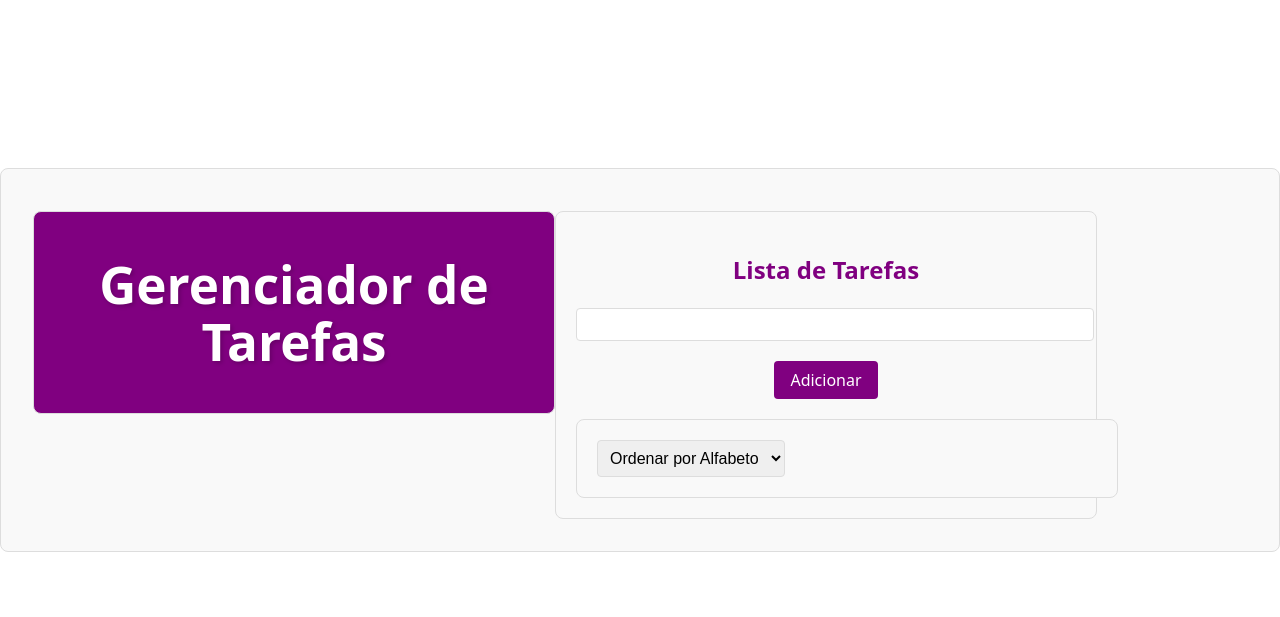
Repository: matheusarrabal12/todo
Page: /
These files come from the project's save history. The page is drawn as it stood at one moment and after the next save; the edit follows.
The browser window is 1280 px wide. The pictures show the whole page.
The project was rebuilt for these pictures with package versions that can differ from the ones it lists, and the page was loaded fresh each time. Also part of the build but not shown: vite.config.js.

Above is the page before, as saved 2025-04-03 15:29:56.

### src/App.jsx
import ListaTarefas from './components/ListaTarefas';

import './App.css';

function App() {
  return(
    < >
    <div class= "divcabeçalho">
    <h1>Gerenciador de Tarefas</h1>
    </div>
    <ListaTarefas />

    </>
  ) ;
}

export default App;

### src/components/ListaTarefas.jsx
import { useState, useEffect } from "react";
import './ListaTarefas.css';

function ListaTarefas() {
  const [tarefas, setTarefa] = useState([]);
  const [novaTarefa, setNovaTarefa] = useState("");
  const [ordenacao, setOrdenacao] = useState("alfabetica");

  useEffect(() => {
    // Serve para recuperar as informações apos atualizar a pagina
    const tarefasSalvas = JSON.parse(localStorage.getItem("tarefas"));
    if (tarefasSalvas) {
      setTarefa(tarefasSalvas);
    }
  }, []);

  useEffect(() => {
    // Salva as tarefas no localStorage sempre que a lista mudar
    localStorage.setItem("tarefas", JSON.stringify(tarefas));
  }, [tarefas]);

  const adicionarTarefa = () => {
    if (novaTarefa.trim() !== "") {
      const novaTarefaObj = { texto: novaTarefa, concluida: false, dataAdicao: new Date() };
      setTarefa([...tarefas, novaTarefaObj]);
      setNovaTarefa("");
    }
  };

  const removerTarefa = (indice) => {
    setTarefa(tarefas.filter((_, i) => i !== indice));
  };

  const marcarTarefaConcluida = (indice) => {
    const novasTarefas = [...tarefas];
    novasTarefas[indice].concluida = !novasTarefas[indice].concluida;
    setTarefa(novasTarefas);
  };

  const ordenarTarefas = (criterio) => {
    let tarefasOrdenadas = [...tarefas];
    if (criterio === "alfabetica") {
      tarefasOrdenadas.sort((a, b) => a.texto.localeCompare(b.texto));
    }
    setTarefa(tarefasOrdenadas);
    setOrdenacao(criterio);
  };

  return (
    <div class = "">
      <h2>Lista de Tarefas</h2>
      <input
        type="text"
        value={novaTarefa}
        onChange={(e) => setNovaTarefa(e.target.value)}
      />
      <button onClick={adicionarTarefa}>Adicionar</button>

      <div id="ordenacao">
        <select value={ordenacao} onChange={(e) => ordenarTarefas(e.target.value)}>
          <option value="alfabetica">Ordenar por Alfabeto</option>
        </select>
      </div>

      <ul>
        {tarefas.map((tarefa, indice) => (
          <li key={indice} className={tarefa.concluida ? "concluida" : ""}>
            {tarefa.texto}
            <div>
              <button className="marcar-concluida" onClick={() => marcarTarefaConcluida(indice)}>
                {tarefa.concluida ? "Desmarcar" : "Concluir"}
              </button>
              <button className="remover" onClick={() => removerTarefa(indice)}>Remover</button>
            </div>
          </li>
        ))}
      </ul>
    </div>
  );
}

export default ListaTarefas;

### src/components/ListaTarefas.css
/* Estilos para a lista de tarefas */
h2 {
    text-align: center;
    color: purple;
  }

  h1 {
    text-align: center;
    color: #ffffff;
    text-shadow: 2px 2px 4px rgba(0, 0, 0, 0.2);
  }

  div {
    width: 100%;
    max-width: 500px;
    margin-top: 10px;
    padding: 20px;
    border: 1px solid #ddd;
    border-radius: 8px;
    background-color: #f9f9f9;
    float: inline-start;
    margin-right: auto;
  }

  input[type="text"] {
    width: 100%;
    padding: 8px;
    margin-bottom: 10px;
    border: 1px solid #ddd;
    border-radius: 4px;
  }

  button {
    padding: 8px 16px;
    background-color: purple;
    color: white;
    border: none;
    border-radius: 4px;
    cursor: pointer;
    font-size: 16px;
    margin-top: 10px;
  }

  button:hover {
    background-color: purple;
  }

  ul {
    list-style-type: none;
    padding: 0;
  }

  li {
    display: flex;
    justify-content: space-between;
    align-items: center;
    padding: 10px;
    margin-bottom: 8px;
    background-color: #fff;
    border: 1px solid #ddd;
    border-radius: 4px;
  }

  li.concluida {
    text-decoration: line-through;
    background-color: #e0e0e0;
  }

  button.remover {
    background-color: #f44336;
  }

  button.remover:hover {
    background-color: #e53935;
  }

  button.marcar-concluida {
    background-color: #2196f3;
  }

  button.marcar-concluida:hover {
    background-color: #1976d2;
  }

  #ordenacao {
    margin-top: 20px;
    display: flex;
    justify-content: space-between;
  }

  #ordenacao select {
    padding: 8px;
    font-size: 16px;
    border-radius: 4px;
    border: 1px solid #ddd;
  }

  .divcabeçalho {
     background: purple;
     color: white;
     padding: 10px;
     text-align: center;
     border-image: auto;
     border-image-slice: 1;
     border-image-width: 1px;
    border-image-outset: 0;
  }

Loaded but not shown: index.html (common file); src/main.jsx (common file); src/index.css (common file); src/App.css (common file)

After the next save:
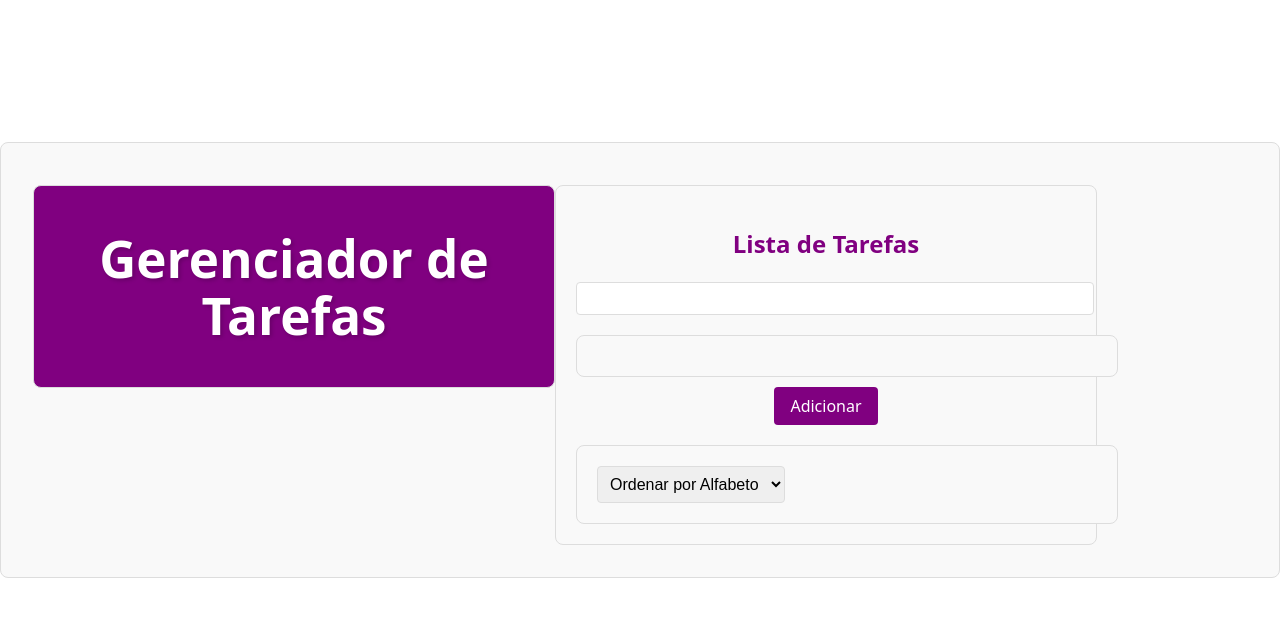
Saved 49 s later.
--- a/src/components/ListaTarefas.jsx
+++ b/src/components/ListaTarefas.jsx
@@ -54,7 +54,7 @@ function ListaTarefas() {
         value={novaTarefa}
         onChange={(e) => setNovaTarefa(e.target.value)}
       />
-      <button onClick={adicionarTarefa}>Adicionar</button>
+      <div> </div><button onClick={adicionarTarefa}>Adicionar</button>
 
       <div id="ordenacao">
         <select value={ordenacao} onChange={(e) => ordenarTarefas(e.target.value)}>
